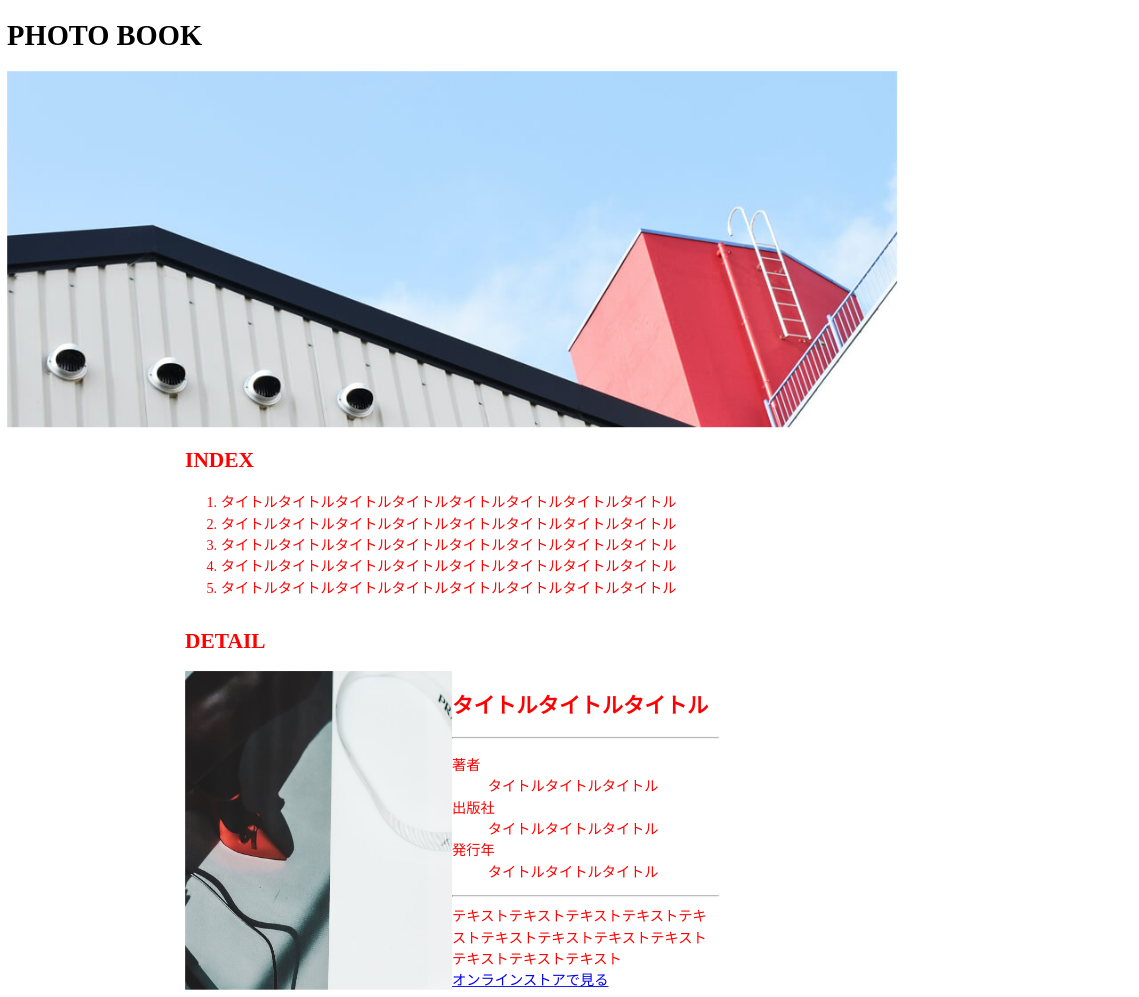
Repository: daytime/LP-study
Page: photo_book/index.html
The author's editor kept a copy of each file at every save. The page is drawn from the files as they stood at one save, then again after the next save.
The browser window is 1280 px wide. The pictures show the whole page, at 89% of full size.

Above is the page before, as saved 2025-01-29 12:37:48.

### photo_book/index.html
<!DOCTYPE html>
<html lang="ja">
  <head>
    <meta charset="UTF-8" />
    <meta name="viewport" content="width=device-width, initial-scale=1.0" />
    <style>
      @import url(./style.css);
    </style>
    <title>PHOTO BOOK</title>
  </head>
  <body>
    <header>
      <h1>PHOTO BOOK</h1>
    </header>
    <aside>
    <img src="img/mainvisual.jpg" alt="ロゴ" />
      <section id="index">
        <div>
          <h2>INDEX</h2>
          <ol number="1">
            <li>
              タイトルタイトルタイトルタイトルタイトルタイトルタイトルタイトル
            </li>
            <li>
              タイトルタイトルタイトルタイトルタイトルタイトルタイトルタイトル
            </li>
            <li>
              タイトルタイトルタイトルタイトルタイトルタイトルタイトルタイトル
            </li>
            <li>
              タイトルタイトルタイトルタイトルタイトルタイトルタイトルタイトル
            </li>
            <li>
              タイトルタイトルタイトルタイトルタイトルタイトルタイトルタイトル
            </li>
          </ol>
        </div>
      </section>
      <section id="detail">
        <div>
          <h2>DETAIL</h2>
          <div>
            <div class="fully">
              <img class="img" src="img/detail.jpg" alt="絵" />
              <div>
                <h2>
                タイトルタイトルタイトル
</h2>
                <hr />
                <dl>
                  <dt>著者</dt> <dd>タイトルタイトルタイトル</dd>
                  <dt>出版社</dt><dd>タイトルタイトルタイトル</dd>
                  <dt>発行年</dt><dd>タイトルタイトルタイトル</dd>
                  </dt>
                </dl>
                <hr/>
                <div class="main">
                  テキストテキストテキストテキストテキストテキストテキストテキストテキストテキストテキストテキスト
              </div>
              <div>
                <a href="https://www.google.com">オンラインストアで見る</a>
              </div>
            </div>
          </div>
        </div>
      </section>
    </aside>
  </body>
</html>

### photo_book/style.css
.main {
  width: 300px;
}

#index {
  color: red;
  margin-left: 200px;
  display: flex;
  flex-direction: column;
}

.img {
  width: 300px;
}

#detail {
  color: red;
  margin-left: 200px;
  display: flex;
  flex-direction: row;
}

.detail {
  display: flex;
  flex-direction: column;
}

.fully {
  display: flex;
  flex-direction: row;
}

After the next save:
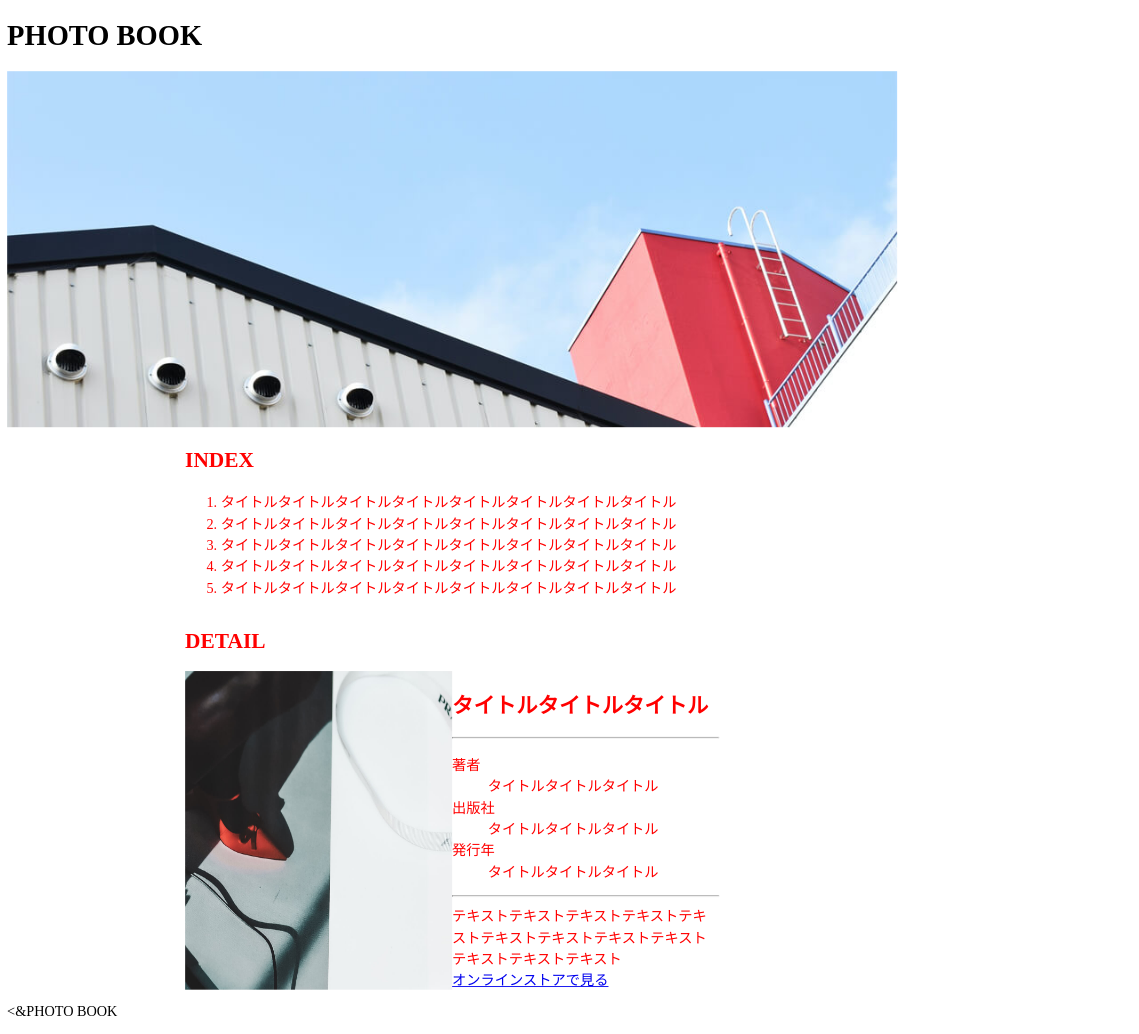
Saved 89 s later.
--- a/photo_book/index.html
+++ b/photo_book/index.html
@@ -65,5 +65,7 @@
         </div>
       </section>
     </aside>
+    <footer>
+      <p><&<copy></copy>PHOTO BOOK</p>
   </body>
 </html>
